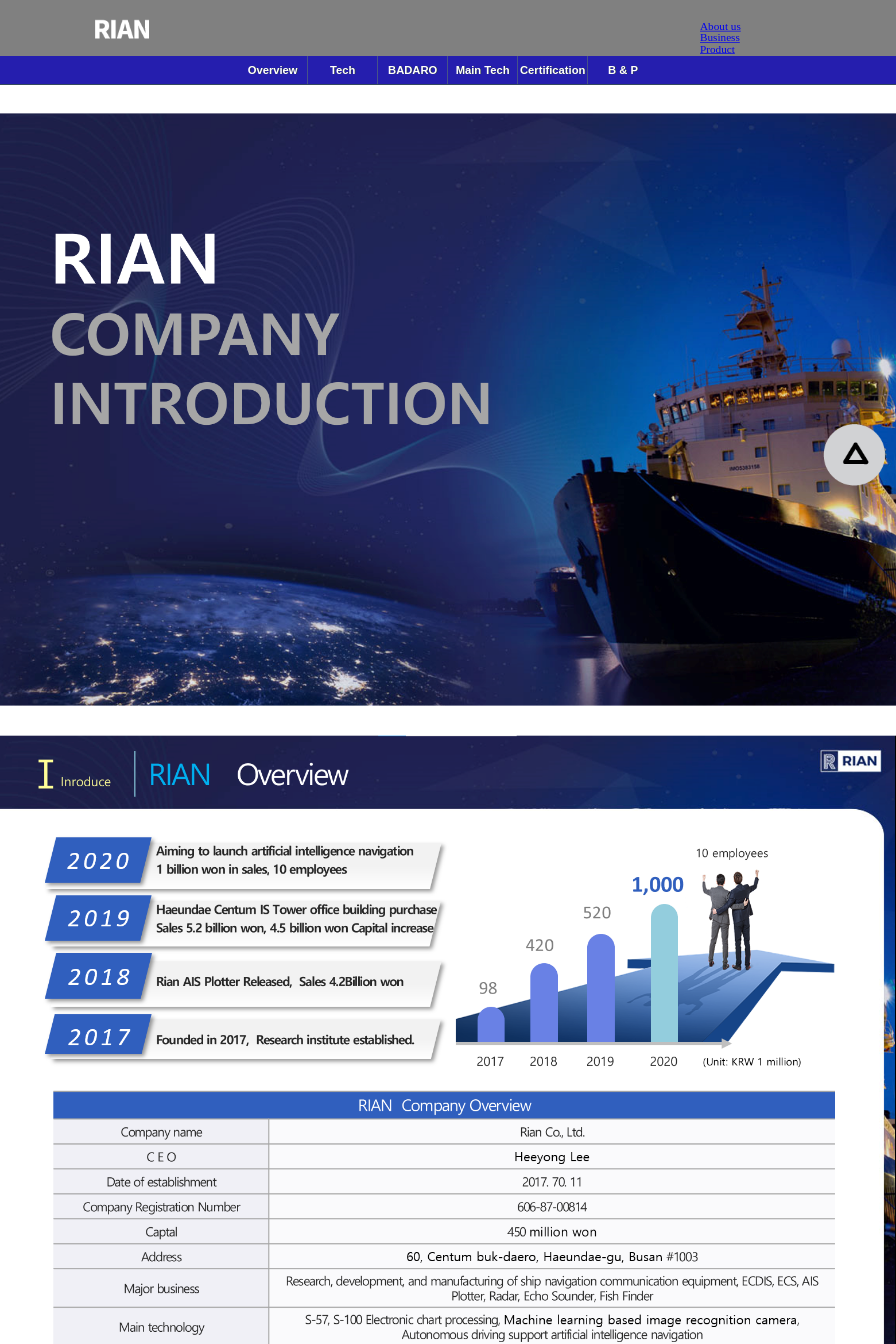
Repository: injeong-in/CompanyWeb
Page: http://localhost/RianWebSite/
An editor plug-in stored every save of this project. The page is shown before and after the next save, followed by the edit.
The browser window is 1280 px wide. The pictures show the part of the page from y = 0 to 1920 px (the page is 12163 px tall), at 70% of full size.
The pointer rests on the first visible `nav a`.
The page is served by Tomcat 9. Nobody is signed in. The application's start-up code is not run.

Above is the page before, as saved 2020-12-01 05:58:51.

### RianWebSite/WebContent/index.jsp
<%@ page language="java" contentType="text/html; charset=UTF-8"
    pageEncoding="UTF-8"%>

<!DOCTYPE html>
<html>

<head>
    <meta charset="UTF-8">
    <meta name="viewport" content="width=device-width, initial-scale=1.0">
    <title>Rian company</title>

    <!--스타일시트 등록-->
    <link rel="stylesheet" href="./css/style.css">

    <!--제이쿼리 등록-->
    <script src="./js/jquery-2.1.3.min.js">
    </script>
    <script src="./js/jquery.vide.min.js">
    </script>
    <script src="./js/jquery.scrollTo.min.js">
    </script>

    <!--제이쿼리 작성-->
    <script>

    $(document).ready(function(){
        $('nav a').click(function(e){
            $.scrollTo(this.hash||0, 280);
            e.preventDefault();
        });
        $('#btn_gotop').click(function(e){
            $.scrollTo(this.hash||0, 280);
            e.preventDefault();
        });
    });

    $(function () {
            var trigger = $('#trigger');
            var menu = $('nav ul');
            $(trigger).on('click', function(e) {
                e.preventDefault();
                menu.slideToggle();
            });
            $(window).resize(function () {
                var w = $(window).width();
                if(w>320 && menu.is(':hidden')) {
                    menu.removeAttr('style');
                }
            });
        });
    </script>
    <!--제이쿼리 작성 끝-->

</head>


<body>

	<div id="container">
		<header class="header" style="position: fixed; width: 100%; height: 80px; background-color: gray; margin: 0 auto;">
			<div class="header_inheader" style="width: 80%; height: 80px; background-color: gray; margin:0 auto;">
				<a href="http://rian.kr"><img src="./images/logo-1.png" style="position: relative; margin-top: 20px;"></a>
				<div style="width:50%; position: absolute; left: 1000px; top: 30px;">
					<ul class="header_menu" style="position: relative;">
						<li><a href="http://rian.kr/about-us/">About us</a></li>
						<li><a href="http://rian.kr/business/">Business</a></li>
						<li><a href="http://rian.kr/product/">Product</a></li>
						<li><a href="http://rian.kr/ourstory/">Our Story</a></li>
						<li><a href="http://14.42.209.254/" style="color: #c4c4c4;">Intro in ENG</a></li>
					</ul>
				</div>
			</div>
		</header>

		<br><br><br><br><br>

	    <nav class="clearfix">
	        <ul class="clearfix">
	            <li><a href="#2">Overview</a></li>
	            <li><a href="#3">Tech</a></li>
	            <li><a href="#4">BADARO</a></li>
	            <li><a href="#6">Main Tech</a></li>
	            <li><a href="#11">Certification</a></li>
	            <li><a href="#12">B & P</a></li>
	        </ul>
	        <a href="" id="trigger"></a>
	    </nav>

		<!--본문-->
		    <%for(int i=1; i<14; i++) { %>
		    <div id="container" class="page<%=i%>">
		    	<section id="<%=i%>" style="width: 0.1px; height: 0.1px;">
		    	</section>
		    	<img src="./images/<%=i%>.png" style="width: 100%;">
		    </div>
	    <% } %>
	    <!--본문 끝-->

    	<!--최상단 이동-->
	    <a href="#1" id="btn_gotop" class="btn_gotop">
	    	<img src="./images/topbutton.png" style="position: fixed; right: 10px; bottom: 20px; ">
		  	<span class="glyphicon glyphicon-chevron-up">
		  	</span>
		</a>
		<!--이동 끝-->

	</div>
</body>
</html>

### RianWebSite/WebContent/css/style.css
html, body, div, span, applet, object, iframe,
h1, h2, h3, h4, h5, h6, p, blockquote, pre,
a, abbr, acronym, address, big, cite, code,
del, dfn, em, img, ins, kbd, q, s, samp,
small, strike, strong, sub, sup, tt, var,
b, u, i, center,
dl, dt, dd, ol, ul, li,
fieldset, form, label, legend,
table, caption, tbody, tfoot, thead, tr, th, td,
article, aside, canvas, details, embed,
figure, figcaption, footer, header, hgroup,
menu, nav, output, ruby, section, summary,
time, mark, audio, video {
  margin: 0;
  padding: 0;
  border: 0;
  font-size: 100%;
  font: inherit;
  vertical-align: baseline;
}
/* HTML5 display-role reset for older browsers */
article, aside, details, figcaption, figure,
footer, header, hgroup, menu, nav, section {
  display: block;
}
body {
  line-height: 1;
}
ol, ul {
  list-style: none;
}
blockquote, q {
  quotes: none;
}
blockquote:before, blockquote:after,
q:before, q:after {
  content: '';
  content: none;
}
table {
  border-collapse: collapse;
  border-spacing: 0;
}




.container div a {
    margin-left: 20px;
}

nav {
    height: 40px;
    width: 100%;
    background: rgb(37, 30, 174);
    font-size: 1em;
    font-family: Arial, sans-serif;
    font-weight: bold;
    position: relative;
    border-bottom: 2px solid #34495e;
}

nav ul {
    padding: 0;
    margin:0 auto;
    width: 600px;
    height: 40px;
}

nav li {
    display: inline;
    float: left;

}

.clearfix:before,
.clearfix:after {
    content: " ";
    display: table;
}

.clearfix:after {
    clear: both;
}

.clearfix {
    zoom: 1;
}


nav a {
    color: #fff;
    display: inline-block;
    width: 100px;
    text-align: center;
    text-decoration: none;
    line-height: 40px;
    text-shadow: 1px 1px 0px #283744;

}

nav li a {
    border-right: 1px solid #576979;
    box-sizing: border-box;
    -moz-box-sizing: border-box;
    -webkit-box-sizing: border-box;
}

nav li:last-child a {
    border-right: 0;
}

nav a:hover, nav a:active {
    background-color: rgb(0, 0, 0), 255, 255);
}

nav a#trigger {
    display: none;
}

@media screen and (max-width:600px) {
    nav {
        height: auto;

    }

    nav ul {
        width: 100%;
        display: block;
        height: auto;

    }

    nav li {
        width: 50%;
        float: left;
        position: relative;
    }

    nav li a {
        border-bottom: 1px solid #576979;
        border-right: 1px solid #576979;
    }

    nav a {
        text-align: left;
        width: 100%;
        text-indent: 25px;
    }
}

@media screen and (max-width:320px) {
    nav {
        border-bottom: 0;
    }

    nav ul {
        display: none;
        height: auto;
    }

    nav li {
        display: block;
        float: none;
        width: 100%;
    }

    nav li a {
        border-bottom: 1px solid #576979;
    }


    nav a#trigger {
        display: block;
        background-color: #283744;
        width: 100%;
        position: relative;
    }

    nav a#trigger:after {
        content:"";
        background: url('nav.png') no-repeat;
        width: 30px;
        height: 30px;
        display: inline-block;
        position: absolute;
        right: 15px;
        top: 10px;
    }


}
    section {
        position:relative;
        width:100%;
        margin: 0 auto;
        padding: 20px;
        height: 400px;
    }


    .btn_gotop {
	  position: fixed;
	  right: 2%;
	  bottom: 2%;
	  width: 30%;
	  height: 50%;
	  line-height: 40px;
	  display: block;
	}

	.page1 {
		height: 100%;
		background-repeat: no-repeat;
	}
	/* .page3 {
		background-color: fuchsia;
	}
	.page4 {
		background-image: url("./images/footer.png");
		height: 40px;
	}
	.page5 {
		background-image: url("./images/footer2.png");
		background-color: white;
		height: 100px;
	} */

Loaded but not shown: RianWebSite/WebContent/js/jquery-2.1.3.min.js (library); RianWebSite/WebContent/js/jquery.vide.min.js (library); RianWebSite/WebContent/js/jquery.scrollTo.min.js (common file)

After the next save:
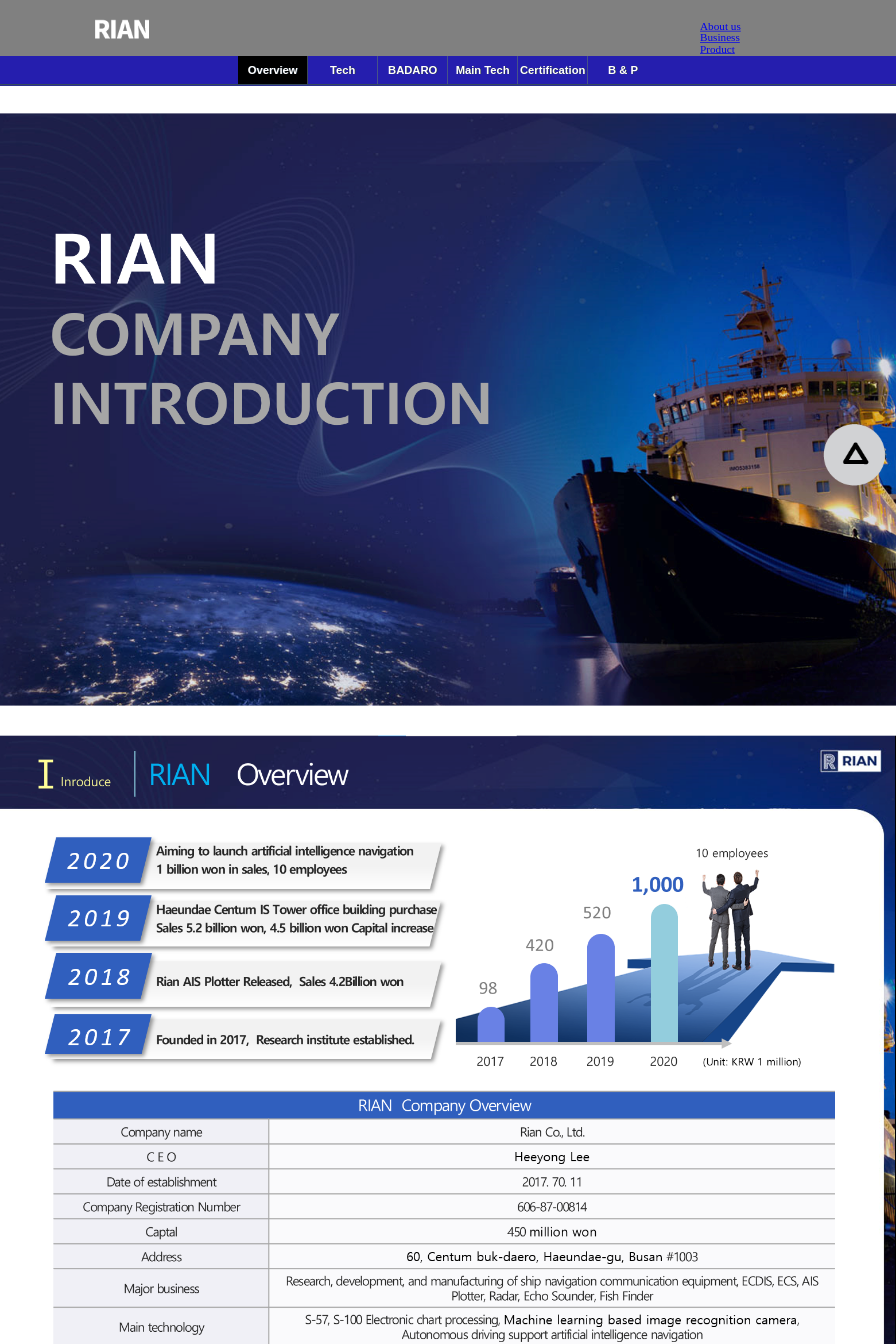
Saved 28 s later.
--- a/RianWebSite/WebContent/css/style.css
+++ b/RianWebSite/WebContent/css/style.css
@@ -111,7 +111,7 @@ nav li:last-child a {
 }
 
 nav a:hover, nav a:active {
-    background-color: rgb(0, 0, 0), 255, 255);
+    background-color: rgb(0, 0, 0);
 }
 
 nav a#trigger {
